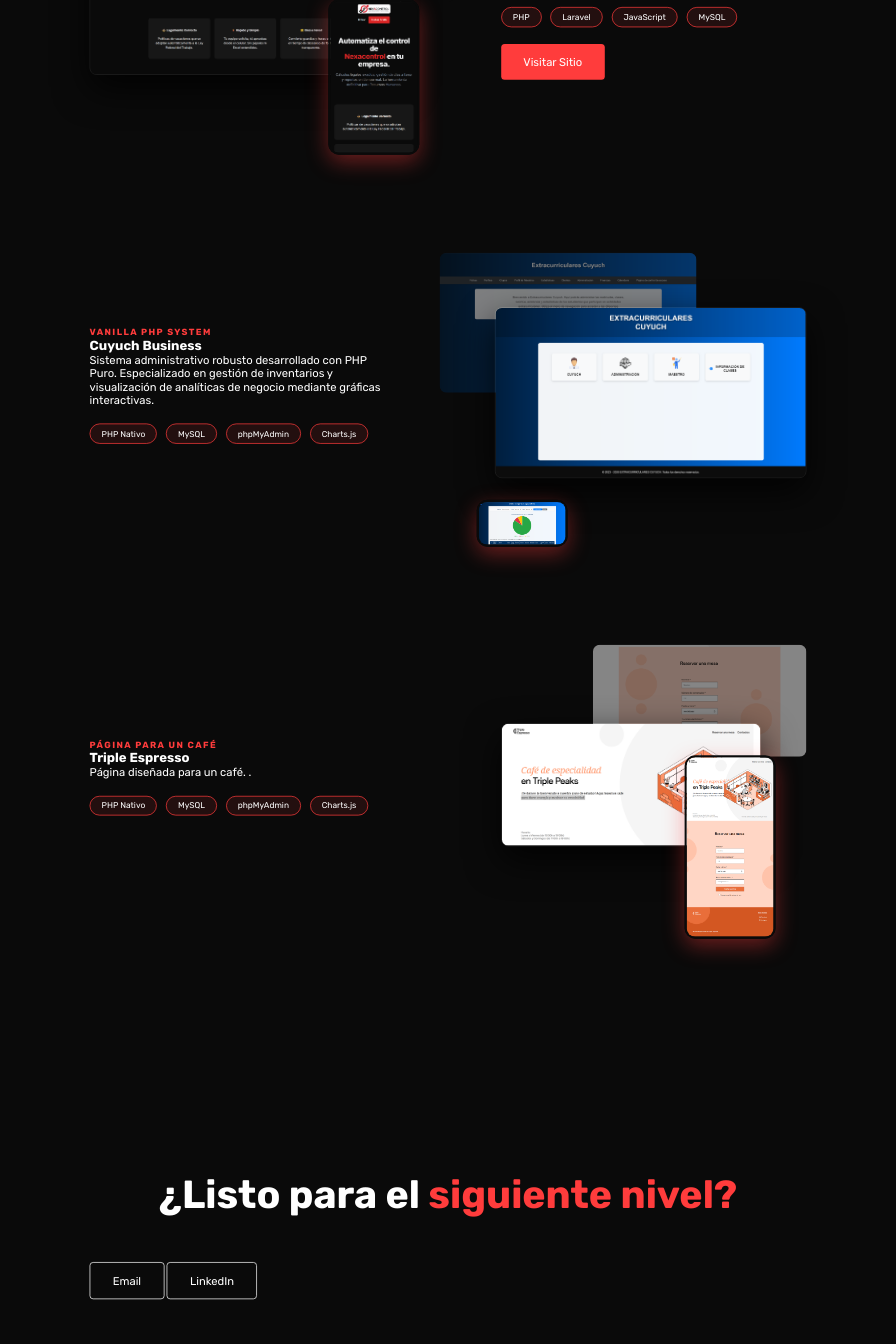
Repository: hercules830/Mi-portfolio-profesional
Page: index.html
An editor plug-in stored every save of this project. The page is shown before and after the next save, followed by the edit.
The browser window is 1280 px wide. The pictures show the part of the page from y = 1690 to 3610 px (the page is 3610 px tall), at 70% of full size.
Some web fonts or font styles are not loaded; a fallback is used.

Above is the page before, as saved 2026-05-30 19:57:22.

### index.html
<!DOCTYPE html>
<html lang="es">
  <head>
    <meta charset="UTF-8" />
    <meta name="viewport" content="width=device-width, initial-scale=1.0" />
    <link rel="stylesheet" href="styles.css" />
    <link rel="preconnect" href="https://fonts.googleapis.com" />
    <link rel="preconnect" href="https://fonts.gstatic.com" crossorigin />
    <link
      href="https://fonts.googleapis.com/css2?family=Rubik:wght@300;400;700&family=Rubik+Storm&display=swap"
      rel="stylesheet"
    />
    <title>Brayan Espinoza | Full Stack Developer</title>
  </head>
  <body>
    <header class="header">
      <nav class="nav">
        <div class="logo-container">
          <p class="logo">BRAYAN <span>ESPINOZA</span></p>
        </div>
        <ul class="links">
          <li><a class="link" href="#inicio">Inicio</a></li>
          <li><a class="link" href="#habilidades">Habilidades</a></li>
          <li><a class="link" href="#proyectos">Proyectos</a></li>
          <li><a class="link" href="#contacto">Contacto</a></li>
        </ul>
      </nav>

      <div class="description" id="inicio">
        <h1 class="header-title">Brayan</h1>
        <p class="my-description">Engineer + Full Stack Web Developer</p>
        <div class="cta-container">
          <a href="#proyectos" class="btn-primary">Ver Proyectos</a>
          <a href="#contacto" class="btn-secondary">Contáctame</a>
        </div>
      </div>
    </header>

    <section class="section" id="habilidades">
      <h2 class="section-title">Habilidades <span>Técnicas</span></h2>
      <div class="skills-grid">
        <div class="skill-card">
          <h3>Backend</h3>
          <p>PHP, Laravel, Node.js, MySQL, Eloquent ORM, REST APIs</p>
        </div>
        <div class="skill-card">
          <h3>Frontend</h3>
          <p>JavaScript (ES6+), React, HTML5, CSS3, Tailwind</p>
        </div>
        <div class="skill-card">
          <h3>Herramientas</h3>
          <p>Git, Postman, SCRUM, Linux, arquitectura de bases de datos</p>
        </div>
      </div>
    </section>

    <section class="section" id="proyectos">
      <h2 class="section-title">Proyectos <span>SaaS</span></h2>

      <!-- PROYECTO 1: NEXACONTROL (Tecnologías originales) -->
      <div class="featured-project">
        <div class="featured-img-container">
          <img
            src="assets/img/projects/indexNexa.png"
            alt="Nexacontrol Landing"
            class="img-lead zoomable"
          />
          <img
            src="assets/img/projects/panelJefeAreaNexa.png"
            alt="Nexacontrol Panel"
            class="img-panel zoomable"
          />
          <img
            src="assets/img/projects/indexNexaPhone.png"
            alt="Nexacontrol Mobile"
            class="img-phone zoomable"
          />
        </div>
        <div class="featured-info">
          <span class="tag">SaaS Ecosystem</span>
          <h3>Nexacontrol</h3>
          <p>
            Plataforma integral de gestión de capital humano. Automatiza
            cálculos de legislación laboral, control de asistencia y flujos de
            aprobación para RRHH.
          </p>
          <div class="tech-stack">
            <span>PHP</span><span>Laravel</span><span>JavaScript</span
            ><span>MySQL</span>
          </div>
          <div class="actions">
            <a
              href="https://nexacontrolapp.com"
              target="_blank"
              class="btn-primary"
              >Visitar Sitio</a
            >
          </div>
        </div>
      </div>

      <!-- PROYECTO 2: CUYUCH (PHP Puro / Vanilla) -->
      <div class="featured-project reverse">
        <div class="featured-info">
          <span class="tag">Vanilla PHP System</span>
          <h3>Cuyuch Business</h3>
          <p>
            Sistema administrativo robusto desarrollado con PHP Puro.
            Especializado en gestión de inventarios y visualización de
            analíticas de negocio mediante gráficas interactivas.
          </p>
          <div class="tech-stack">
            <span>PHP Nativo</span><span>MySQL</span><span>phpMyAdmin</span
            ><span>Charts.js</span>
          </div>
        </div>
        <div class="featured-img-container">
          <img
            src="assets/img/projects/indexCuyuch.png"
            alt="Cuyuch Home"
            class="img-lead zoomable"
          />
          <img
            src="assets/img/projects/panelCuyuch.png"
            alt="Cuyuch Admin"
            class="img-panel zoomable"
          />
          <img
            src="assets/img/projects/graficaCuyuch.png"
            alt="Cuyuch Stats"
            class="img-phone zoomable"
          />
        </div>
      </div>

      <!-- PROYECTO 3: Triple Expresso (HTML, CSS) -->
      <div class="featured-project">
        <div class="featured-info">
          <span class="tag">Página para un Café</span>
          <h3>Triple Espresso</h3>
          <p>Página diseñada para un café. .</p>
          <div class="tech-stack">
            <span>PHP Nativo</span><span>MySQL</span><span>phpMyAdmin</span
            ><span>Charts.js</span>
          </div>
        </div>
        <div class="featured-img-container">
          <img
            src="assets/img/projects/headTripleExpresso.png"
            alt="Cuyuch Home"
            class="img-lead zoomable"
          />
          <img
            src="assets/img/projects/formTripleEspresso.png"
            alt="Cuyuch Admin"
            class="img-panel zoomable"
          />
          <img
            src="assets/img/projects/phoneTripleEspresso.png"
            alt="Cuyuch Stats"
            class="img-phone zoomable"
          />
        </div>
      </div>
    </section>

    <!-- MODAL PARA ZOOM (Lightbox) -->
    <div id="imageModal" class="modal">
      <span class="close">&times;</span>
      <img class="modal-content" id="imgFull" />
    </div>

    <footer class="section" id="contacto">
      <h2 class="section-title">
        ¿Listo para el <span>siguiente nivel?</span>
      </h2>
      <div class="social-links">
        <a href="mailto:musicabjhe830@gmail.com" class="btn-secondary">Email</a>
        <a
          href="https://www.linkedin.com/in/brayan-espinoza-57191512a"
          target="_blank"
          class="btn-secondary"
          >LinkedIn</a
        >
      </div>
    </footer>

    <script src="script.js"></script>
  </body>
</html>

### styles.css
:root {
  --primary-red: #ff3c3c;
  --dark-bg: #0a0a0a;
  --card-bg: #141414;
  --text-white: #ffffff;
  --gray-text: #b3b3b3;
}

* {
  margin: 0;
  padding: 0;
  box-sizing: border-box;
  scroll-behavior: smooth;
}
body {
  background-color: var(--dark-bg);
  color: var(--text-white);
  font-family: "Rubik", sans-serif;
  overflow-x: hidden;
}

/* --- HEADER --- */
.header {
  height: 100vh;
  background: linear-gradient(to bottom, transparent 60%, var(--dark-bg) 100%),
    linear-gradient(rgba(0, 0, 0, 0.5), rgba(0, 0, 0, 0.5)),
    url("assets/background.jpg");
  background-size: cover;
  background-position: center;
  display: flex;
  flex-direction: column;
}
.nav {
  display: flex;
  justify-content: space-between;
  padding: 2rem 5%;
  align-items: center;
}
.logo {
  font-weight: bold;
  letter-spacing: 2px;
}
.logo span {
  color: var(--primary-red);
}
.links {
  display: flex;
  list-style: none;
  gap: 2rem;
}
.link {
  color: white;
  text-decoration: none;
  font-size: 0.9rem;
  transition: 0.3s;
}
.link:hover {
  color: var(--primary-red);
}

.description {
  flex: 1;
  display: flex;
  flex-direction: column;
  justify-content: center;
  padding-left: 10%;
}
.header-title {
  font-family: "Rubik Storm", cursive;
  font-size: clamp(4rem, 10vw, 8rem);
  color: var(--primary-red);
  text-shadow: 0 0 30px rgba(255, 60, 60, 0.4);
}
.my-description {
  font-size: 1.5rem;
  color: var(--gray-text);
  margin-bottom: 2rem;
}

/* --- BOTONES --- */
.btn-primary {
  background: var(--primary-red);
  color: white;
  padding: 1rem 2rem;
  text-decoration: none;
  border-radius: 5px;
  transition: 0.3s;
  display: inline-block;
}
.btn-secondary {
  border: 1px solid white;
  color: white;
  padding: 1rem 2rem;
  text-decoration: none;
  border-radius: 5px;
  transition: 0.3s;
  display: inline-block;
}
.btn-primary:hover {
  transform: scale(1.05);
  box-shadow: 0 0 20px rgba(255, 60, 60, 0.4);
}

/* --- SECCIONES --- */
.section {
  padding: 8rem 10% 4rem 10%;
}
.section-title {
  font-size: clamp(2rem, 5vw, 3.5rem);
  margin-bottom: 4rem;
  text-align: center;
}
.section-title span {
  color: var(--primary-red);
}

.skills-grid {
  display: grid;
  grid-template-columns: repeat(auto-fit, minmax(280px, 1fr));
  gap: 2rem;
}
.skill-card {
  background: var(--card-bg);
  padding: 3rem;
  border-radius: 15px;
  border-left: 5px solid var(--primary-red);
  transition: 0.3s;
}
.skill-card h3 {
  margin-bottom: 1rem;
  color: var(--primary-red);
}

/* --- SHOWCASE DE PROYECTOS --- */
.featured-project {
  display: grid;
  grid-template-columns: 1.2fr 1fr;
  gap: 4rem;
  margin-bottom: 10rem;
  align-items: center;
}
.featured-project.reverse {
  grid-template-columns: 1fr 1.2fr;
}

.featured-img-container {
  position: relative;
  height: 400px;
  display: flex;
  align-items: center;
}
.img-lead {
  width: 85%;
  border-radius: 10px;
  box-shadow: 0 20px 50px rgba(0, 0, 0, 0.8);
  z-index: 2;
  transition: 0.5s;
  cursor: pointer;
  border: 1px solid rgba(255, 255, 255, 0.1);
}
.img-panel {
  position: absolute;
  top: 0;
  right: 0;
  width: 70%;
  border-radius: 10px;
  z-index: 1;
  opacity: 0.5;
  filter: blur(1px);
  transition: 0.5s;
  cursor: pointer;
}
.img-phone {
  position: absolute;
  bottom: -20px;
  right: 10%;
  width: 130px;
  z-index: 3;
  border: 3px solid var(--dark-bg);
  border-radius: 15px;
  box-shadow: 0 10px 30px rgba(255, 60, 60, 0.4);
  transition: 0.5s;
  cursor: pointer;
}

/* Inversión de imágenes para el modo reverse */
.reverse .img-lead {
  margin-left: auto;
}
.reverse .img-panel {
  left: 0;
  right: auto;
}
.reverse .img-phone {
  left: 10%;
  right: auto;
}

.featured-project:hover .img-lead {
  transform: translateX(-10px);
}
.featured-project:hover .img-panel {
  opacity: 1;
  filter: blur(0);
  transform: translate(10px, -10px);
}
.featured-project:hover .img-phone {
  transform: scale(1.1);
}

.tag {
  color: var(--primary-red);
  font-weight: bold;
  font-size: 0.8rem;
  letter-spacing: 2px;
  text-transform: uppercase;
}
.tech-stack {
  margin: 1.5rem 0;
  display: flex;
  gap: 0.8rem;
  flex-wrap: wrap;
}
.tech-stack span {
  background: rgba(255, 60, 60, 0.1);
  padding: 0.4rem 1rem;
  border-radius: 20px;
  border: 1px solid var(--primary-red);
  font-size: 0.75rem;
}

/* --- MODAL (ZOOM) --- */
.modal {
  display: none;
  position: fixed;
  z-index: 1000;
  padding-top: 50px;
  left: 0;
  top: 0;
  width: 100%;
  height: 100%;
  background-color: rgba(0, 0, 0, 0.9);
}
.modal-content {
  margin: auto;
  display: block;
  width: 80%;
  max-width: 1200px;
  border-radius: 10px;
  border: 2px solid var(--primary-red);
}
.close {
  position: absolute;
  top: 15px;
  right: 35px;
  color: #f1f1f1;
  font-size: 40px;
  font-weight: bold;
  cursor: pointer;
}

@media (max-width: 1000px) {
  .featured-project,
  .featured-project.reverse {
    grid-template-columns: 1fr;
    gap: 2rem;
  }
  .featured-img-container {
    height: 300px;
    order: -1;
  }
  .featured-info {
    text-align: center;
  }
  .tech-stack {
    justify-content: center;
  }
}

### script.js
document.addEventListener("DOMContentLoaded", () => {
  // 1. Lógica del Modal (Zoom de Imágenes)
  const modal = document.getElementById("imageModal");
  const modalImg = document.getElementById("imgFull");
  const span = document.getElementsByClassName("close")[0];

  document.querySelectorAll(".zoomable").forEach((img) => {
    img.onclick = function () {
      modal.style.display = "block";
      modalImg.src = this.src;
    };
  });

  span.onclick = function () {
    modal.style.display = "none";
  };

  modal.onclick = function (event) {
    if (event.target == modal) {
      modal.style.display = "none";
    }
  };

  // 2. Efecto Revelado al hacer Scroll (Intersection Observer)
  const observerOptions = { threshold: 0.1 };
  const observer = new IntersectionObserver((entries) => {
    entries.forEach((entry) => {
      if (entry.isIntersecting) {
        entry.target.style.opacity = "1";
        entry.target.style.transform = "translateY(0)";
      }
    });
  }, observerOptions);

  document.querySelectorAll(".section, .featured-project").forEach((el) => {
    el.style.opacity = "0";
    el.style.transform = "translateY(40px)";
    el.style.transition = "all 0.8s ease-out";
    observer.observe(el);
  });
});

After the next save:
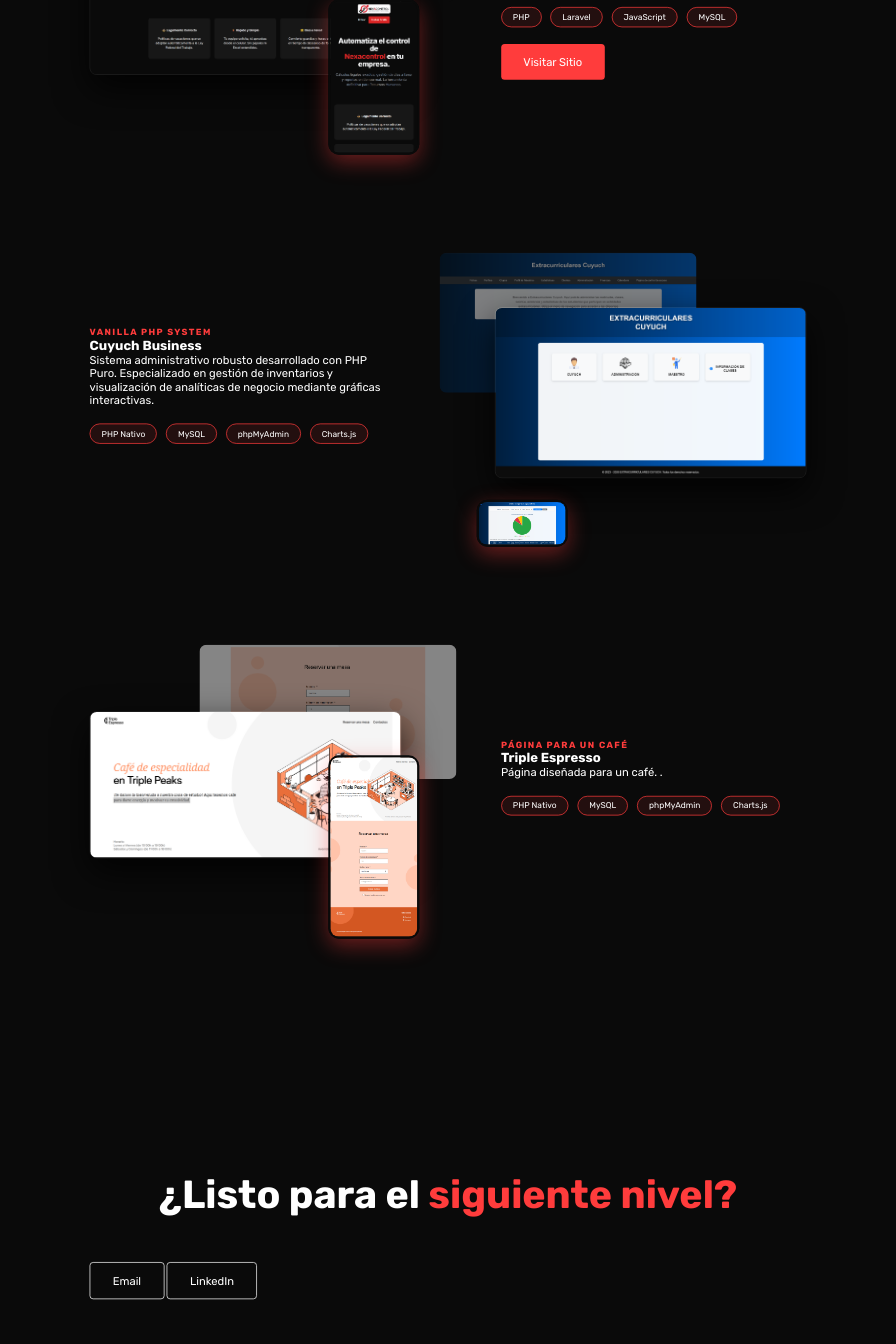
Saved 103 s later.
--- a/index.html
+++ b/index.html
@@ -135,15 +135,6 @@
 
       <!-- PROYECTO 3: Triple Expresso (HTML, CSS) -->
       <div class="featured-project">
-        <div class="featured-info">
-          <span class="tag">Página para un Café</span>
-          <h3>Triple Espresso</h3>
-          <p>Página diseñada para un café. .</p>
-          <div class="tech-stack">
-            <span>PHP Nativo</span><span>MySQL</span><span>phpMyAdmin</span
-            ><span>Charts.js</span>
-          </div>
-        </div>
         <div class="featured-img-container">
           <img
             src="assets/img/projects/headTripleExpresso.png"
@@ -160,6 +151,15 @@
             alt="Cuyuch Stats"
             class="img-phone zoomable"
           />
+        </div>
+        <div class="featured-info">
+          <span class="tag">Página para un Café</span>
+          <h3>Triple Espresso</h3>
+          <p>Página diseñada para un café. .</p>
+          <div class="tech-stack">
+            <span>PHP Nativo</span><span>MySQL</span><span>phpMyAdmin</span
+            ><span>Charts.js</span>
+          </div>
         </div>
       </div>
     </section>
